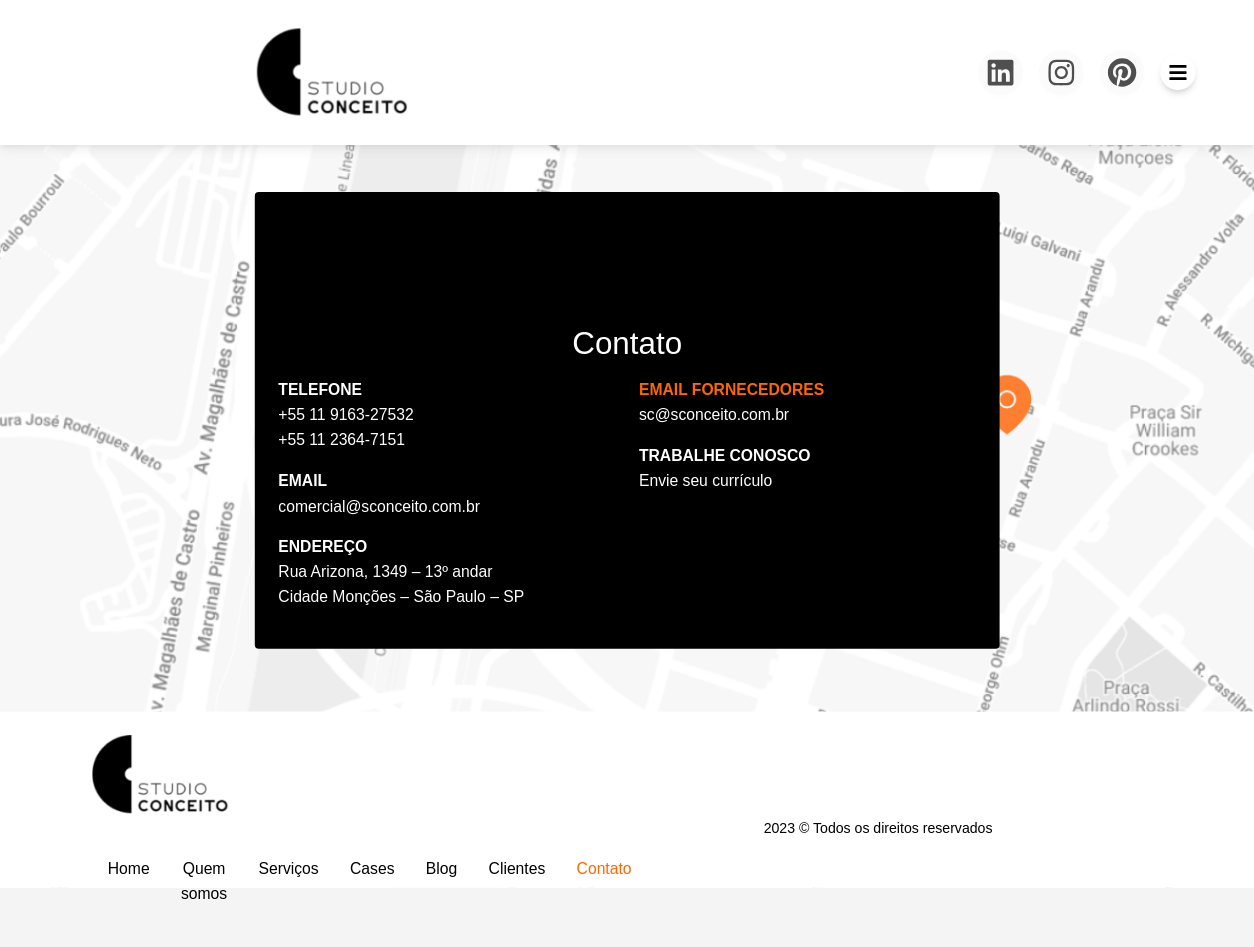
Repository: Upstairs-Agencia/studio-conceito-react
Page: /contato
The author's editor kept a copy of each file at every save. The page is drawn from the files as they stood at one save, then again after the next save.
The browser window is 1280 px wide. The pictures show the whole page, at 98% of full size.
The project was rebuilt for these pictures with package versions that can differ from the ones it lists, and the page was loaded fresh each time. Also part of the build but not shown: src/pages/Home.js, src/pages/QuemSomos.js, src/pages/Servicos.js, src/pages/Cases.js, src/pages/Blog.js, src/pages/Clientes.js.

Above is the page before, as saved 2024-12-29 03:08:33.

After the next save:
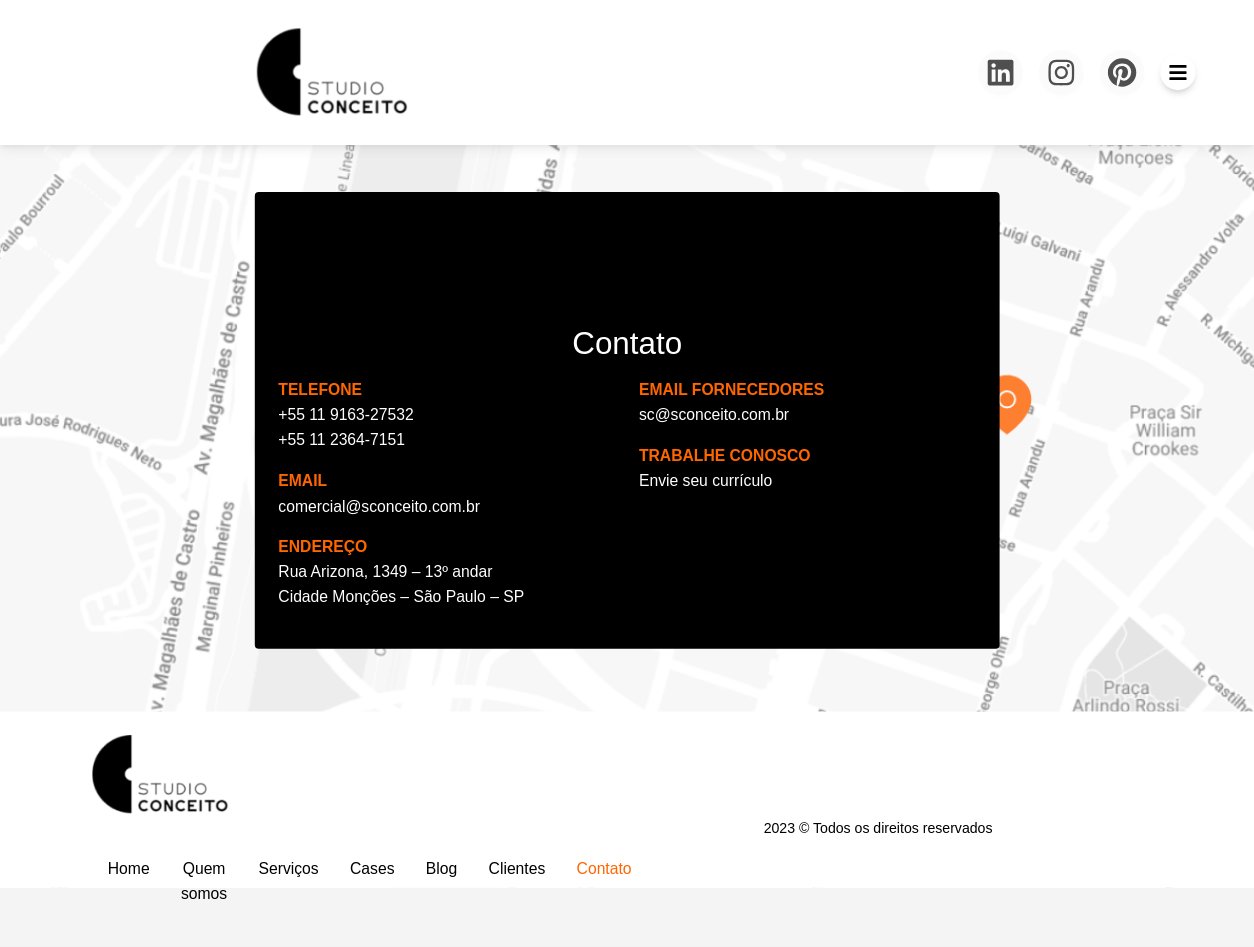
Saved 55 s later.
--- a/src/pages/Contato.js
+++ b/src/pages/Contato.js
@@ -26,19 +26,19 @@ const ContactPage = () => {
             <MDBRow>
               <MDBCol md="6" className="text-white">
                 <p>
-                  <strong>TELEFONE</strong>
+                  <strong style={{color: `#ff6600`}}>TELEFONE</strong>
                   <br />
                   +55 11 9163-27532
                   <br />
                   +55 11 2364-7151
                 </p>
                 <p>
-                  <strong>EMAIL</strong>
+                  <strong style={{color: `#ff6600`}}>EMAIL</strong>
                   <br />
                   comercial@sconceito.com.br
                 </p>
                 <p>
-                  <strong>ENDEREÇO</strong>
+                  <strong style={{color: `#ff6600`}}>ENDEREÇO</strong>
                   <br />
                   Rua Arizona, 1349 – 13º andar
                   <br />
@@ -52,7 +52,7 @@ const ContactPage = () => {
                   sc@sconceito.com.br
                 </p>
                 <p>
-                  <strong>TRABALHE CONOSCO</strong>
+                  <strong style={{color: `#ff6600`}}>TRABALHE CONOSCO</strong>
                   <br />
                   Envie seu currículo
                 </p>
